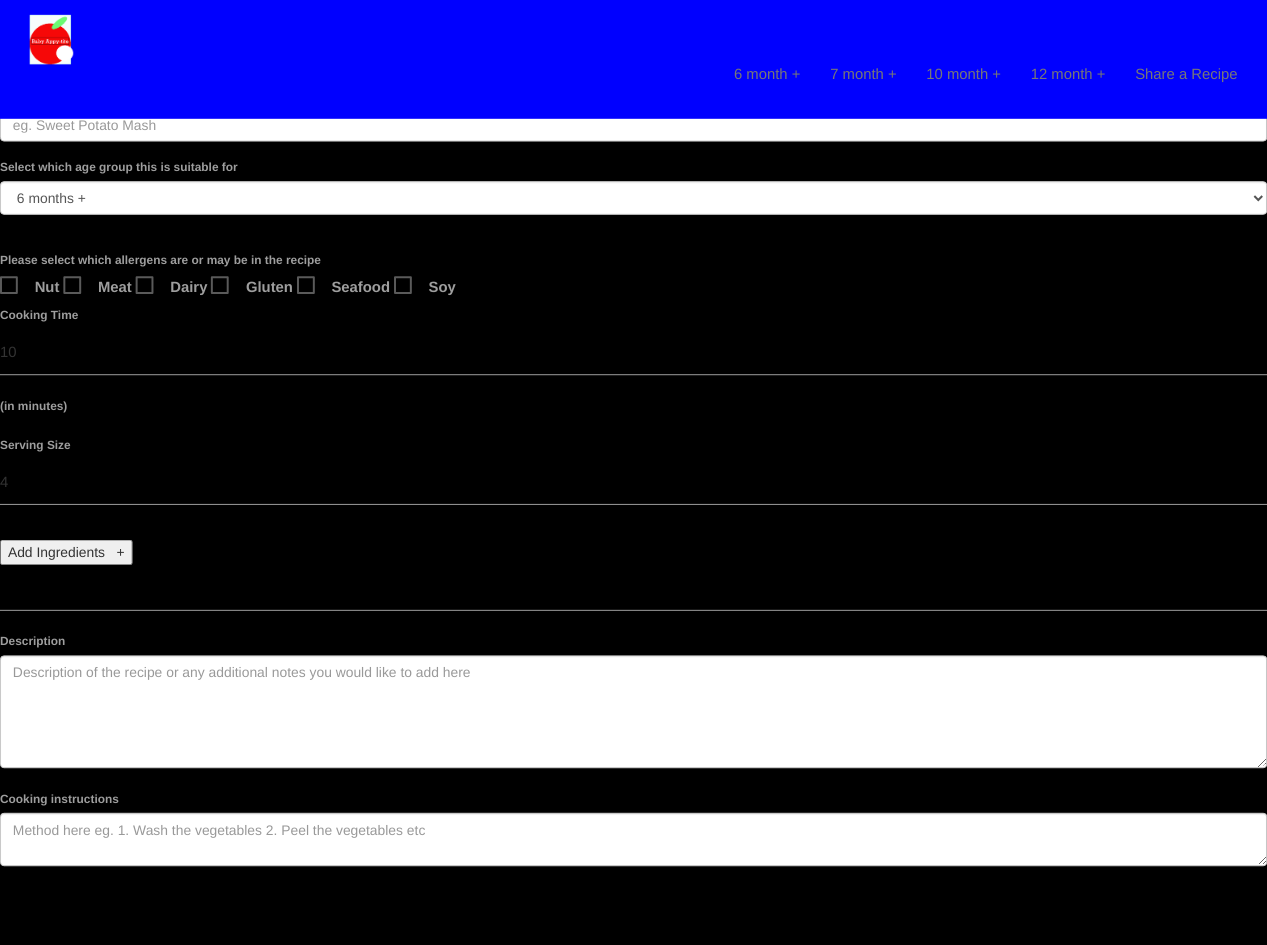
Repository: blueag8/babyappytite
Page: http://localhost/addrecipe
The author's editor kept a record of every edit. The page is drawn from the files as they stood at one moment, then again after the next edit.
The browser window is 1280 px wide. The pictures show the whole page, at 99% of full size.
Some web libraries are served in a nearby version. The page is served by the project's application, run on Flask 3 (app.py).

Above is the page before.

### templates/addrecipe.html
{% extends 'base.html'%}{% block content %}
<form>

<div class="form row">
  <div class="form-group">
    <label for="Recipe Name">Recipe Name</label>
    <input type="name" class="form-control" id="Recipe Name" placeholder="eg. Sweet Potato Mash">
  </div>

  <div class="form-group">
    <label for="category_age">Select which age group this is suitable for</label>
    <select class="form-control" id="category_age">
      <option>6 months +</option>
      <option>7 months +</option>
      <option>10 months +</option>
      <option>12 months +</option>
    </select>
  </div>
  </div>

<div class="form-row">
    <label for="allergens">Please select which allergens are or may be in the recipe</label>
<div class="form-check form-check-inline">
  <input class="form-check-input" type="checkbox" id="inlineCheckbox1" value="Nut">
  <label class="form-check-label" for="inlineCheckbox1">Nut</label>
 <input class="form-check-input" type="checkbox" id="inlineCheckbox2" value="Meat Free">
  <label class="form-check-label" for="inlineCheckbox2">Meat</label>
  <input class="form-check-input" type="checkbox" id="inlineCheckbox3" value="Dairy Free">
  <label class="form-check-label" for="inlineCheckbox3">Dairy</label>
  <input class="form-check-input" type="checkbox" id="inlineCheckbox4" value="Gluten Free">
  <label class="form-check-label" for="inlineCheckbox4">Gluten</label>
  <input class="form-check-input" type="checkbox" id="inlineCheckbox5" value="Seafood Free">
  <label class="form-check-label" for="inlineCheckbox5">Seafood</label>
  <input class="form-check-input" type="checkbox" id="inlineCheckbox6" value="Soy">
  <label class="form-check-label" for="inlineCheckbox6">Soy</label>
</div>
    </div>
  <div class="form-group">
    <label for="cooking_time">Cooking Time</label>
      <input type="number" name="points" min="0" max="100" step="1" value="10">
      <label>(in minutes)</label>
  </div>
  <div class="form-group">
    <label for="Portion_sizes">Serving Size</label>
   <input type="number" name="points" min="0" max="100" step="1" value="4">
  </div>
  <div class="form row">
<div class= "wrapper">
<div class="container1">
    <button class="add_ingredients">Add Ingredients &nbsp;
      <span>+ </span>
    </button>
    <div><input type="text" name="ingredient[]">
</div>
</div>
</div>

  <div class="form-group row">
    <label for="recipe_description">Description</label>
    <div class="row">
    <textarea class="form-control" id="description" rows="5" placeholder="Description of the recipe or any additional notes you would like to add here"></textarea>
 </div>
  <div class="form-group row">
    <label for="Cooking Instructions">Cooking instructions</label>
    <div class="row">
    <textarea class="form-control" id="cooking" placeholder="Method here eg. 1. Wash the vegetables 2. Peel the vegetables etc"></textarea>
 </div>
  </div>

</form>
 {% endblock %}

### templates/base.html
<!DOCTYPE html>
<html lang="en">
<head>
    <meta charset="UTF-8">
    <meta name="viewport" content="width=device-width, initial-scale=1.0">
    <meta http-equiv="X-UA-Compatible" content="ie=edge">

    <title>"Baby Appy-tite | Recipes for 6 months +"</title>

    <link rel="stylesheet" href="https://maxcdn.bootstrapcdn.com/bootstrap/3.3.7/css/bootstrap.min.css" type="text/css">
    <link rel="stylesheet" href="https://stackpath.bootstrapcdn.com/font-awesome/4.7.0/css/font-awesome.min.css" type="text/css">
    <link href="https://fonts.googleapis.com/icon?family=Material+Icons" rel="stylesheet">
    <link rel="stylesheet" href="https://cdnjs.cloudflare.com/ajax/libs/materialize/0.100.2/css/materialize.min.css">
    <link rel="stylesheet" href="{{url_for('static', filename='css/style.css')}}" type="text/css" />
</head>
 <nav class="navbar navbar-default">
        <div class="container-fluid">
            <div class="row">
                <div class="col-xs-12">
                 <a class="navbar-brand" href="{{url_for('home')}}">
                 <img src="/static/img/apple.png">
                </a>

                <button type="button" class="navbar-toggle collapsed" data-toggle="collapse" data-target="#navbar">
                    <span class="sr-only">Toggle navigation</span>
                    <span class="icon-bar"></span>
                    <span class="icon-bar"></span>
                    <span class="icon-bar"></span>
                </button>
            </div>

            <div class="navbar-collapse collapse" id="navbar">
                <ul class="nav navbar-nav navbar-right">
                    <li><a href="sixmonth_recipes.html">6 month +</a></li>
                    <li><a href="sevenmonth_recipes.html">7 month +</a></li>
                      <li><a href="tenmonth_recipes.html">10 month +</a></li>
                    <li><a href="twelvemonth_recipes.html">12 month +</a></li>
                    <li><a href="add_recipe.html">Share a Recipe</a></li>
                </ul>
            </div>
       </div>
    </nav>


<body>
    {% block content %}{% endblock %}
    <script src="https://cdnjs.cloudflare.com/ajax/libs/jquery/3.3.1/jquery.min.js"></script>
    <script src="https://cdnjs.cloudflare.com/ajax/libs/jquery/3.2.1/jquery.min.js"></script>
    <script src="https://maxcdn.bootstrapcdn.com/bootstrap/3.3.7/js/bootstrap.min.js" integrity="sha384-Tc5IQib027qvyjSMfHjOMaLkfuWVxZxUPnCJA7l2mCWNIpG9mGCD8wGNIcPD7Txa" crossorigin="anonymous"></script>
    <script src="https://cdnjs.cloudflare.com/ajax/libs/materialize/0.100.2/js/materialize.min.js"></script>
    <script type="text/javascript">
        $(document).ready(function() {
    var max_fields = 10;
    var wrapper = $(".container1");
    var add_button = $(".add_ingredients");

    var x = 1;
    $(add_button).click(function(e) {
        e.preventDefault();
        if (x < max_fields) {
            x++;
            $(wrapper).append('<div><input type="text" name="ingredient[]"/><a href="#" class="delete">Delete</a></div>'); //add input box
        } else {
            alert('You Reached the limits')
        }
    });

    $(wrapper).on("click", ".delete", function(e) {
        e.preventDefault();
        $(this).parent('div').remove();
        x--;
    })
});


    </script>
</body>

</html>

### app.py
import pymongo
import os


from bson.objectid import ObjectId
from flask import Flask, render_template, redirect, request, url_for
from flask_pymongo import PyMongo

#connect to databased
app = Flask(__name__)

app.config['MONGO_DBNAME'] ="Baby_Recipes"
app.config["MONGO_URI"] ="mongodb+srv://blueag8:mongo8@cluster0-iodau.mongodb.net/Baby_Recipes?retryWrites=true&w=majority"

mongo = PyMongo(app)


#home page


@app.route('/')
def home():
    return render_template("index.html")

#add recipe

@app.route('/addrecipe')
def addrecipe():
    return render_template("addrecipe.html")


#get recipes

@app.route('/sixmonth_recipes')
def sixmonth_recipes():
   return render_template("sixmonth_recipes.html", recipes=mongo.db.recipes.find({"category_age":"6 months +"}))

@app.route('/recipe/<recipe_id>')
def recipe(recipe_id):
    return render_template("recipe.html", recipes=mongo.db.recipes.find({"_id": ObjectId(recipe_id)}))

@app.route('/sevenmonth_recipes')
def sevenmonth_recipes():
    return render_template("sevenmonth_recipes.html", recipes=mongo.db.recipes.find({"category_age":"7 months +"}))

@app.route('/tenmonth_recipes')
def tenmonth_recipes():
    return render_template("tenmonth_recipes.html", recipes=mongo.db.recipes.find({"category_age":"10 months +"}))

@app.route('/twelvemonth_recipes')
def twelvemonth_recipes():
    return render_template("twelvemonth_recipes.html",recipes=mongo.db.recipes.find({"category_age":"12 months +"}))



if __name__ == '__main__':
    app.run(host=os.environ.get('IP'),
            port=int(os.environ.get('PORT')),
            debug=True)

### static/css/style.css
body {
    background-color: black;
}
img {
    border: 0;
    height: 200px;
    vertical-align: super;
}
.main {
    padding: 50px;
    margin: 20px;
}
/*---------Navbar----------*/
.navbar {
    position: relative;
    min-height: 50px;
    margin-bottom: 20px;
    border: none;
    background-color: transparent;
}
.navbar-brand img {
    height: 50px;
}

.container-fluid{
    background-color: blue;
}


@media(max-width: 768px) {





}

After the next edit:
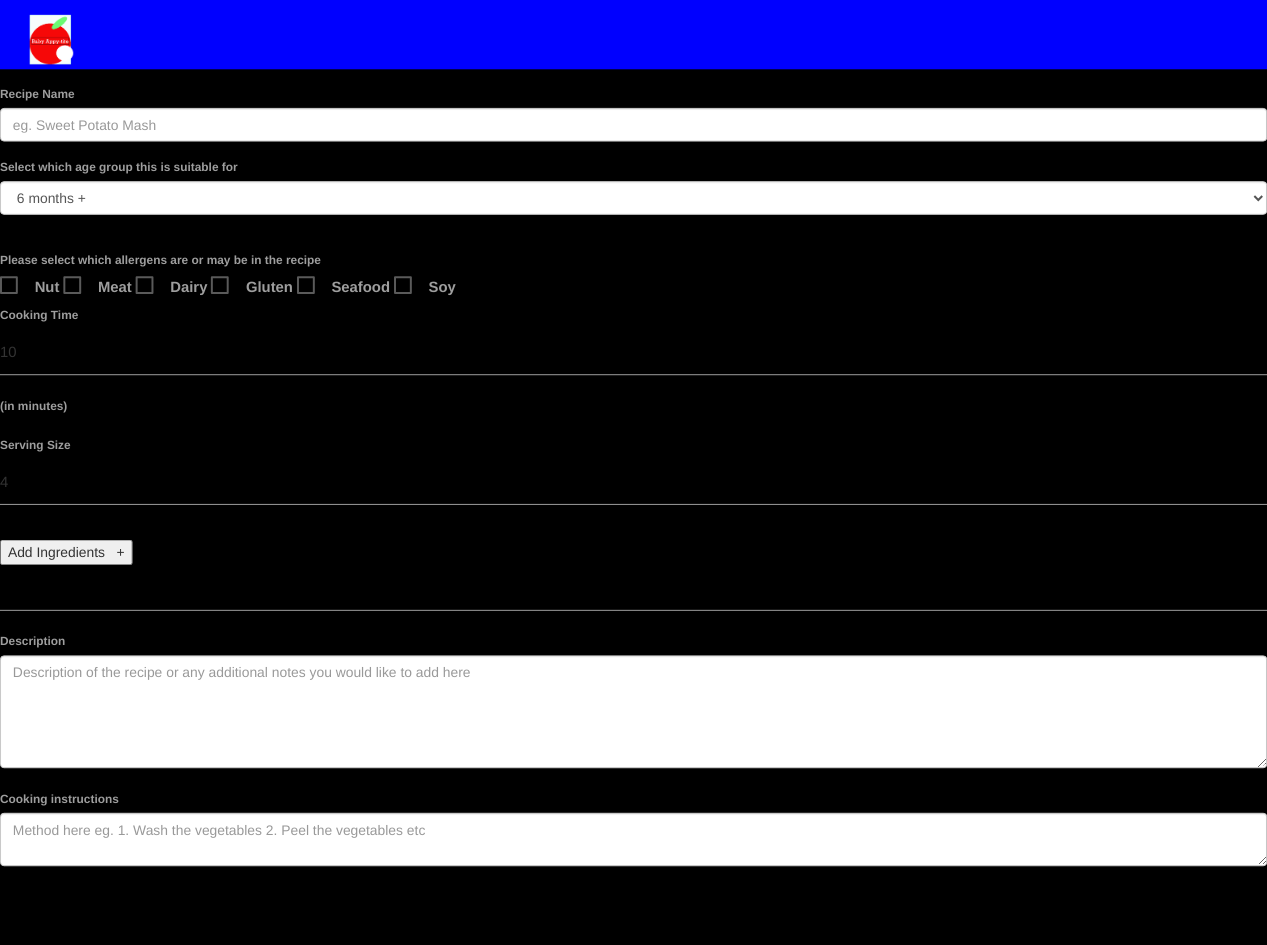
The edit:
--- a/templates/base.html
+++ b/templates/base.html
@@ -21,21 +21,6 @@
                  <img src="/static/img/apple.png">
                 </a>
 
-                <button type="button" class="navbar-toggle collapsed" data-toggle="collapse" data-target="#navbar">
-                    <span class="sr-only">Toggle navigation</span>
-                    <span class="icon-bar"></span>
-                    <span class="icon-bar"></span>
-                    <span class="icon-bar"></span>
-                </button>
-            </div>
-
-            <div class="navbar-collapse collapse" id="navbar">
-                <ul class="nav navbar-nav navbar-right">
-                    <li><a href="sixmonth_recipes.html">6 month +</a></li>
-                    <li><a href="sevenmonth_recipes.html">7 month +</a></li>
-                      <li><a href="tenmonth_recipes.html">10 month +</a></li>
-                    <li><a href="twelvemonth_recipes.html">12 month +</a></li>
-                    <li><a href="add_recipe.html">Share a Recipe</a></li>
                 </ul>
             </div>
        </div>
